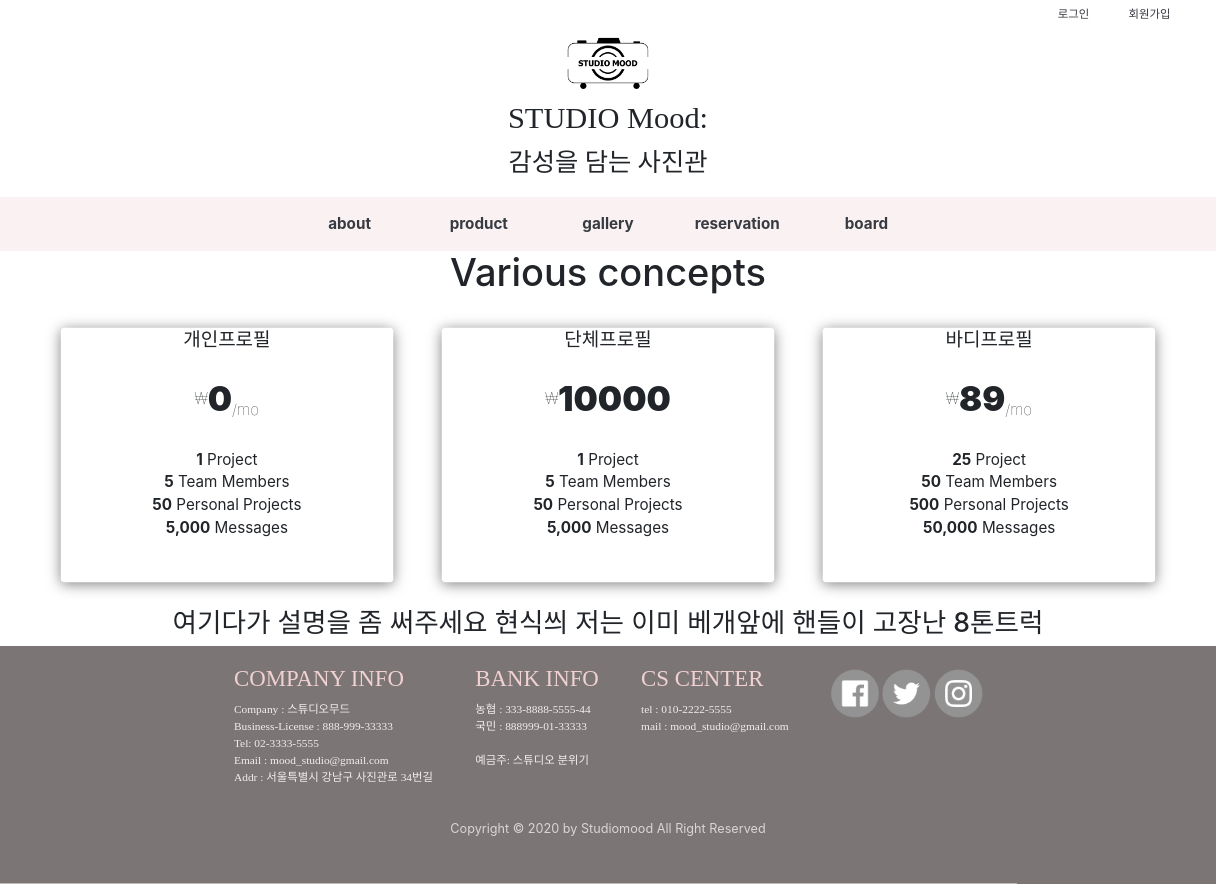
Repository: seugju/HSDsemi
Page: http://localhost/studioMood/views/product/productTest.jsp
An editor plug-in stored every save of this project. The page is shown before and after the next save, followed by the edit.
The browser window is 1280 px wide. The pictures show the whole page, at 95% of full size.
Some web fonts or font styles are not loaded; a fallback is used. The page is served by Tomcat 9.

Above is the page before, as saved 2020-12-02 16:38:14.

After the next save:
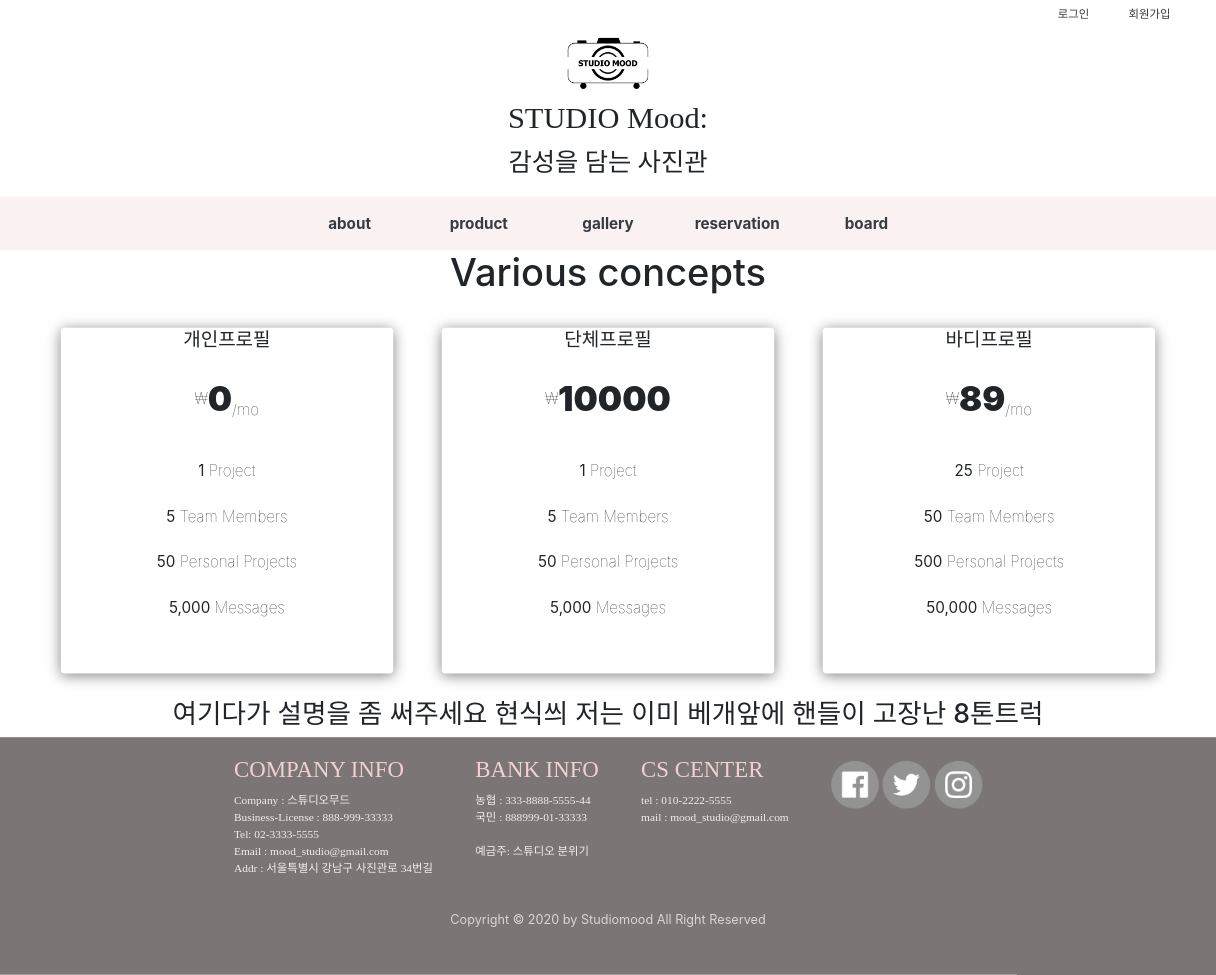
Saved 25 s later.
--- a/project-workspace/studioMood/WebContent/views/product/productTest.jsp
+++ b/project-workspace/studioMood/WebContent/views/product/productTest.jsp
@@ -42,6 +42,11 @@
 .features-list {
 	padding: 0;
 	list-style-type: none;
+}
+.features-list li {
+	font-weight: 100;
+	padding: 12px 0;
+	font-weight: 100;
 }
 </style>
 <body>
